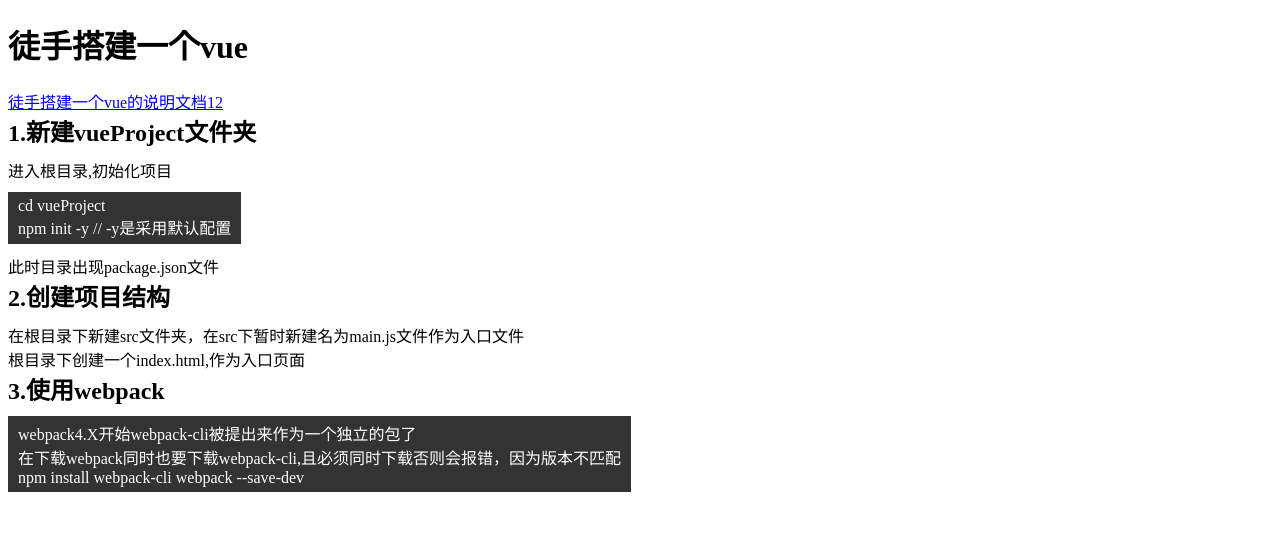
Repository: yuWhy/vue-build-cli
Page: /#/vueBuild
These files come from the project's save history. The page is drawn as it stood at one moment and after the next save; the edit follows.
The browser window is 1280 px wide. The pictures show the whole page.
The project was rebuilt for these pictures with package versions that can differ from the ones it lists, and the page was loaded fresh each time. Also part of the build but not shown: webpack.config.js, src/router/index.js.

Above is the page before, as saved 2021-02-19 16:09:55.

### index.html
<!DOCTYPE html>
<html lang="en">

<head>
  <meta charset="utf-8">
  <meta http-equiv="X-UA-Compatible" content="IE=edge">
  <meta name="viewport" content="width=device-width,initial-scale=1.0">
</head>

<body>
  <div id="app"></div>
</body>

</html>

### src/main.js
import Vue from 'vue'
import App from "./App.vue"
import router from './router/index.js'

new Vue({
  el: '#app',
  router,
  render: h => h(App)
})

### src/App.vue
<template>
  <div id="app">
    <h1>{{msg}}</h1>
    <router-link to="vueBuild">徒手搭建一个vue的说明文档</router-link>
    <router-link to="hello">1</router-link>
    <router-link to="login">2</router-link>
    <router-view></router-view>
  </div>
</template>

<script>
export default {
  name: 'App',
  data() {
    return {
      msg: '徒手搭建一个vue'
    }
  }
}
</script>

### src/components/vue-build.vue
<template>
  <div>
    <h2>1.新建vueProject文件夹</h2>
    <p>进入根目录,初始化项目</p>
    <div class="dimk">
      cd vueProject <br>
      npm init -y // -y是采用默认配置
    </div>
    <br>
    此时目录出现package.json文件
    <h2>2.创建项目结构</h2>
    在根目录下新建src文件夹，在src下暂时新建名为main.js文件作为入口文件<br>
    根目录下创建一个index.html,作为入口页面
    <h2>3.使用webpack</h2>
    <div class="dimk">
      webpack4.X开始webpack-cli被提出来作为一个独立的包了<br>
      在下载webpack同时也要下载webpack-cli,且必须同时下载否则会报错，因为版本不匹配<br>
      npm install webpack-cli webpack --save-dev<br>
    </div>
  </div>
</template>
<script>
export default {
  name: 'vueBuild'
}
</script>
<style scoped>
* {
  padding: 0;
  margin: 0;
  margin-bottom: 10px;
}
  .dimk {
    background: #333;
    color: #fff;
    padding: 5px 10px;
    display: inline-block;
  }
</style>

After the next save:
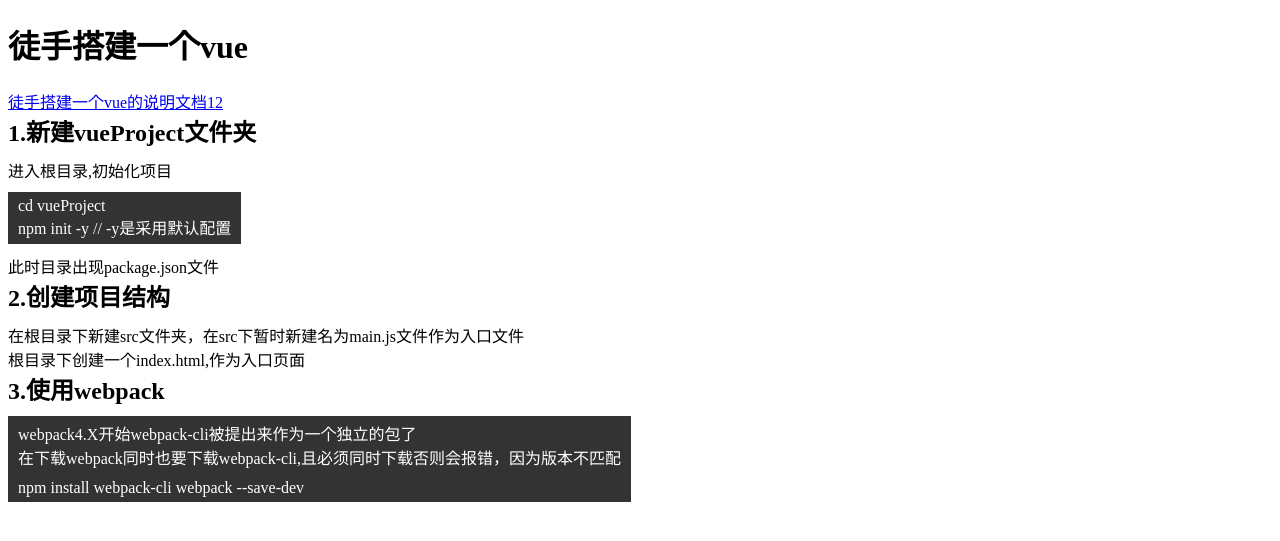
Saved 20 s later.
--- a/src/components/vue-build.vue
+++ b/src/components/vue-build.vue
@@ -13,8 +13,8 @@
     根目录下创建一个index.html,作为入口页面
     <h2>3.使用webpack</h2>
     <div class="dimk">
-      webpack4.X开始webpack-cli被提出来作为一个独立的包了<br>
-      在下载webpack同时也要下载webpack-cli,且必须同时下载否则会报错，因为版本不匹配<br>
+     <p class="hui"> webpack4.X开始webpack-cli被提出来作为一个独立的包了<br>
+      在下载webpack同时也要下载webpack-cli,且必须同时下载否则会报错，因为版本不匹配<br></p>
       npm install webpack-cli webpack --save-dev<br>
     </div>
   </div>
